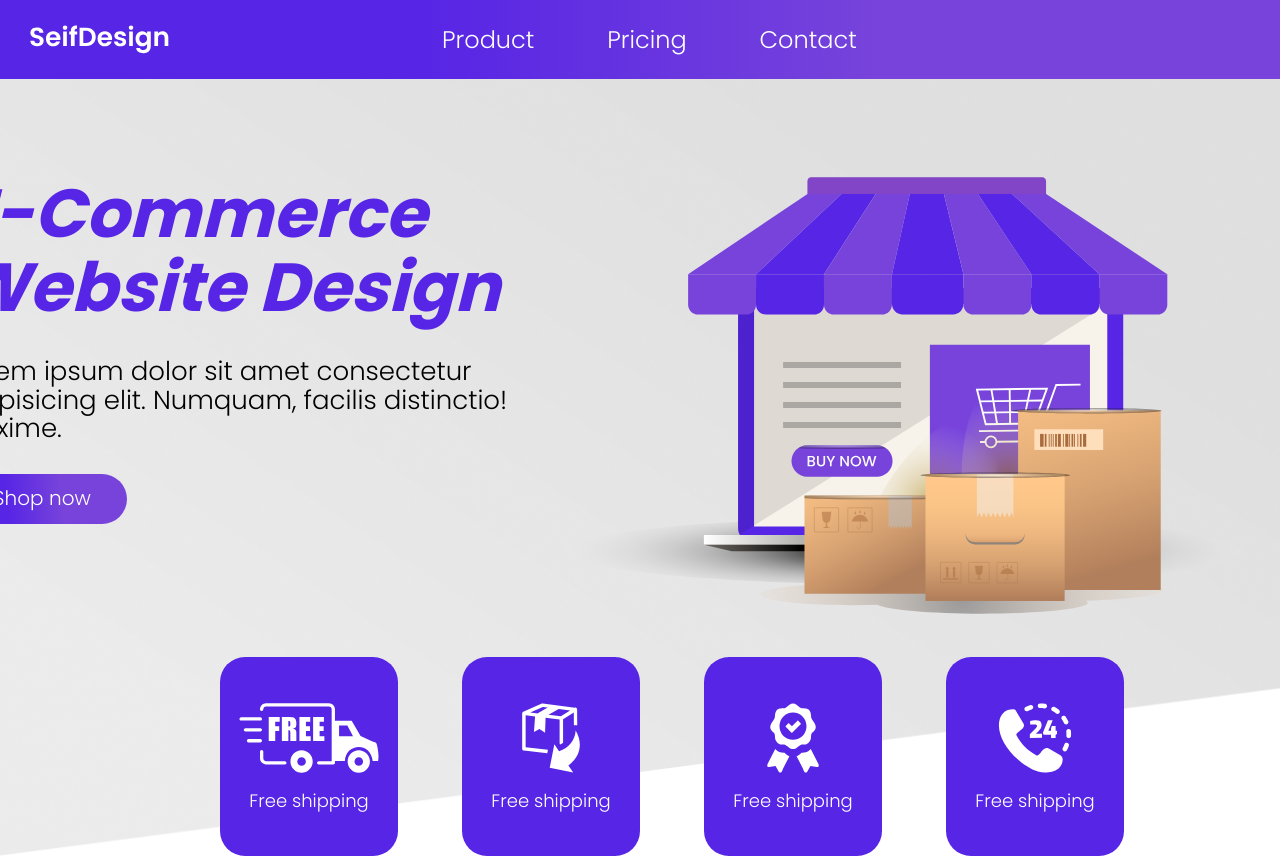
Repository: simralgasimov/newpage
Page: index.html
An editor plug-in stored every save of this project. The page is shown before and after a run of saves, followed by the edit.
The browser window is 1280 px wide. The pictures show the whole page.
The style sheet was rebuilt from its Sass, Less or Tailwind sources for each picture, by a compiler version that may differ from the author's.

Above is the page before, as saved 2023-12-13 14:59:51.
Not found: index.js

### index.html
<!DOCTYPE html>
<html lang="en">
  <head>
    <meta charset="UTF-8" />
    <meta name="viewport" content="width=device-width, initial-scale=1.0" />
    <title>Document</title>
    <link rel="stylesheet" href="./reset.css" />
    <link rel="stylesheet" href="./index.css" />
  </head>
  <body>
    <div class="container">
      <nav>
        <!-- <div class="logo"> -->
          <img class="logo-img" src=".//image/SeifDesign.svg" alt="" />
        <!-- </div> -->
        <ul>
          <li><a href="#">Product</a></li>
          <li><a href="#">Pricing</a></li>
          <li><a href="#">Contact</a></li>
        </ul>
        <div class="burgerMenu">
          <img src="./image/Frame 1.svg" alt="" />
        </div>
      </nav>
      <div class="box-container">
        <div class="box-1">
          <div class="text-container">
            <h1>E-Commerce Website Design</h1>
            <p>
              Lorem ipsum dolor sit amet consectetur adipisicing elit. Numquam,
              facilis distinctio! Maxime.
            </p>
            <button><a href="#">Shop now</a></button>
          </div>

            <img class="house-img" src=".//image/Group (1).svg" alt="" />

        </div>

          <ul>
            <li>
              <img src="./image/Group (2).svg" alt="" />
              <p>Free shipping</p>
            </li>

            <li>
              <img src="./image/Vector (1).svg" alt="" />
              <p>Free shipping</p>
            </li>
            <li>
              <img src="./image/Group (3).svg" alt="" />
              <p>Free shipping</p>
            </li>
            <li>
              <img src="./image/Vector (2).svg" alt="" />
              <p>Free shipping</p>
            </li>
          </ul>
        </div>

    </div>

  </body>
  <script src="./index.js"></script>
</html>

### index.scss
@import url("https://fonts.googleapis.com/css2?family=Poppins:wght@300;700&display=swap");
* {
    margin: 0;
    padding: 0;
    box-sizing: border-box;
}
.container {
    background-image: url('./image/Rectangle\ 3.png');
    background-repeat: no-repeat;
    background-size: 100% 100%;
    /* padding: 16px 83px 33px 83px; */
    min-height: 100vh;
    width: 100%;
    /* background: linear-gradient(270deg, #7743db 31.64%, #5725e5 66.78%); */
    @media screen and (max-width: 1024px) {
        padding: 21px 21px;
    }
    nav {
        display: flex;
        align-items: center;
        background: linear-gradient(270deg, #7743DB 31.64%, #5725E5 66.78%);
        padding: 20px 30px;
        @media screen and (max-width: 1024px) {
            display: flex;
            justify-content: space-between;
        }
        .burgerMenu {
            display: none;
            @media screen and (max-width: 1024px) {
                display: block;
            }
        }
        .logo-img {
            width: 139px;
            height: 39px;
        }
        @media screen and (max-width: 1024px) {
            width: 97px;
        }
        ul {
            @media screen and (max-width: 1024px) {
                display: none;
            }
            display: flex;
            list-style-type: none;
            margin-left: 200px;

            li {
                margin-left: 73px;

                a {
                    text-decoration: none;
                    width: 98px;
                    height: 30px;
                    color: #fff;
                    text-align: center;
                    font-family: Poppins;
                    font-size: 24px;
                    font-style: normal;
                    font-weight: 300;
                    line-height: normal;
                }
            }
        }
    }
}
.box-container {
    .box-1 {
        padding: 98px 164px 43px 83px;
        display: flex;
        justify-content: center;
        .text-container {
            h1 {
                margin-bottom: 32px;
                width: 608px;
                font-family: Poppins;
                font-size: 68px;
                font-style: italic;
                font-weight: 700;
                line-height: 109%; /* 74.12px */
              color: #5725e5;
            }
            p {
                width: 608px;
                color: #000;
                font-family: Poppins;
                font-size: 26px;
                font-style: normal;
                font-weight: 300;
                line-height: 109%;
            }
            button {
                border: none;
                margin-top: 32px;
                display: flex;
                width: 170px;
                height: 50px;
                padding: 0px 24px;
                justify-content: center;
                align-items: center;
                border-radius: 25px;
                background: linear-gradient(263deg, #7743db 38.81%, #5725e5 70.24%);
                a {
                    text-decoration: none;
                    color: #fff;
                    font-family: Poppins;
                    font-size: 20px;
                    font-style: normal;
                    font-weight: 400;
                    line-height: 109%; /* 21.8px */
                }
            }
        }

            .house-img {
                width: 677.61px;
                height: 437.417px;
            }

    }

        ul {
            display: flex;
            justify-content: center;

            li {
                margin-left: 64px;
                /* position: relative;

                bottom: 120px; */

                display: flex;
                width: 178px;
                height: 199px;
                padding: 10px;
                flex-direction: column;
                justify-content: center;
                align-items: center;
                gap: 18px;
                flex-shrink: 0;
                border-radius: 25px;
                background: #5725e5;
                img {
                    width: 139.997px;
                    height: 70px;
                }
                p {
                    color: #fff;
                    text-align: center;
                    font-family: Poppins;
                    font-size: 18px;
                    font-style: normal;
                    font-weight: 400;
                    line-height: 109%; /* 19.62px */
                }
            }
        }

}

Loaded but not shown: reset.css (common file)

After the next 3 saves:
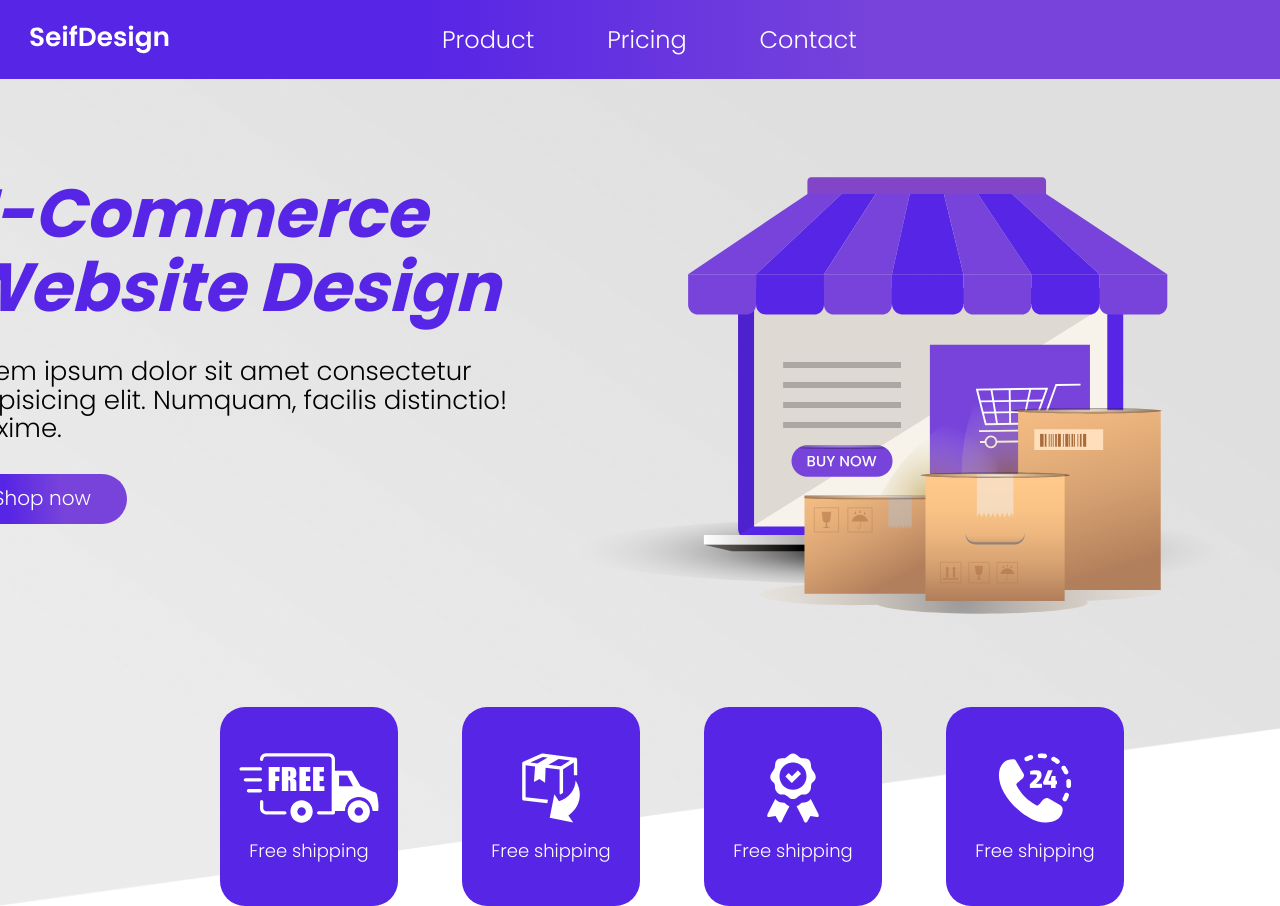
The 3 saves are shown as one change because 1 did not build or start and some came seconds apart.
The last was saved 80 s later.
--- a/index.scss
+++ b/index.scss
@@ -128,7 +128,7 @@
                 /* position: relative;
 
                 bottom: 120px; */
-
+margin-top: 50px;
                 display: flex;
                 width: 178px;
                 height: 199px;
